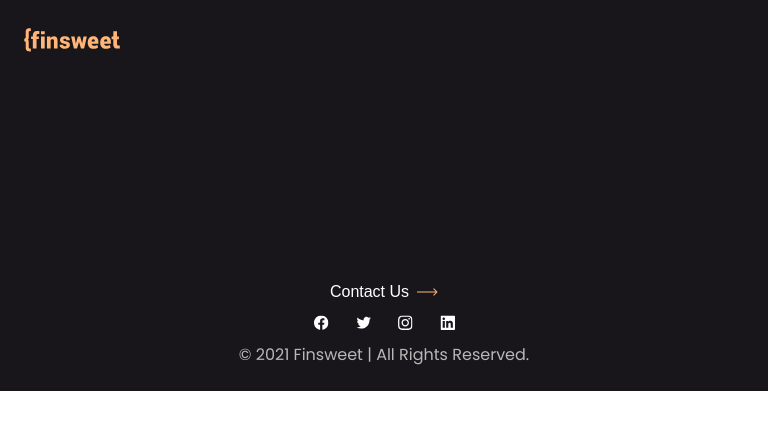
Repository: Minns-Cao/project-finsweet
Page: contact.html
An editor plug-in stored every save of this project. The page is shown before and after a run of saves, followed by the edit.
The browser window is 768 px wide. The pictures show the whole page.
Some web fonts or font styles are not loaded; a fallback is used.

Above is the page before, as saved 2023-04-28 15:04:43.

After the next 2 saves:
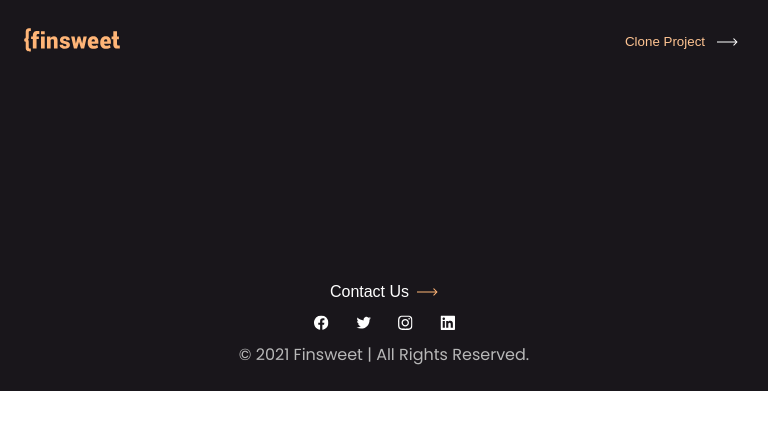
The 2 saves are shown as one change because they came seconds apart.
The last was saved 2 min 15 s later.
--- a/assets/css/style.css
+++ b/assets/css/style.css
@@ -236,8 +236,7 @@
 
 @media (max-width: 768px) {
     /* Header */
-    .header .nav,
-    .header .action {
+    .header .nav {
         display: none;
     }
 

After the 3 saves that followed:
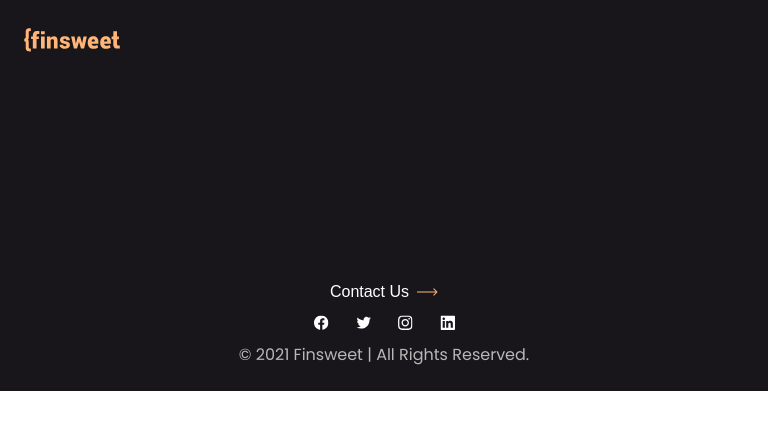
The 3 saves are shown as one change because they came seconds apart.
The last was saved 12 s later.
--- a/assets/css/style.css
+++ b/assets/css/style.css
@@ -236,7 +236,8 @@
 
 @media (max-width: 768px) {
     /* Header */
-    .header .nav {
+    .header .nav,
+    .header .action {
         display: none;
     }
 
